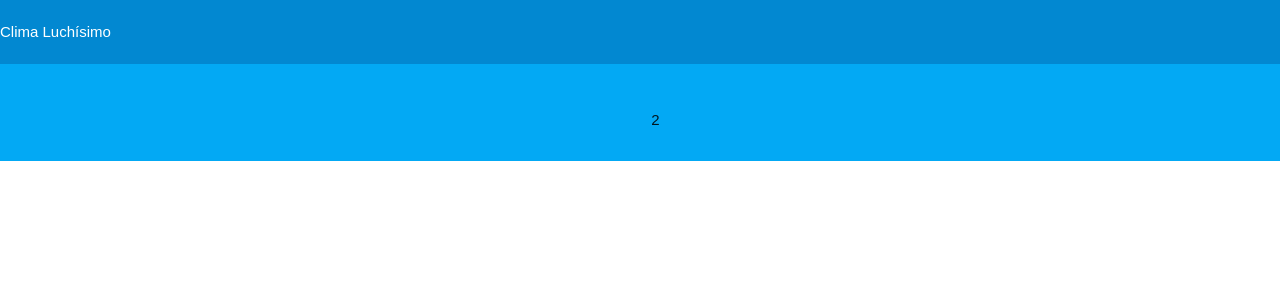
Repository: lmencos/clima
Page: /
An editor plug-in stored every save of this project. The page is shown before and after the next save, followed by the edit.
The browser window is 1280 px wide. The pictures show the whole page.
The project was rebuilt for these pictures with package versions that can differ from the ones it lists, and the page was loaded fresh each time.

Above is the page before, as saved 2020-09-17 18:59:25.

After the next save:
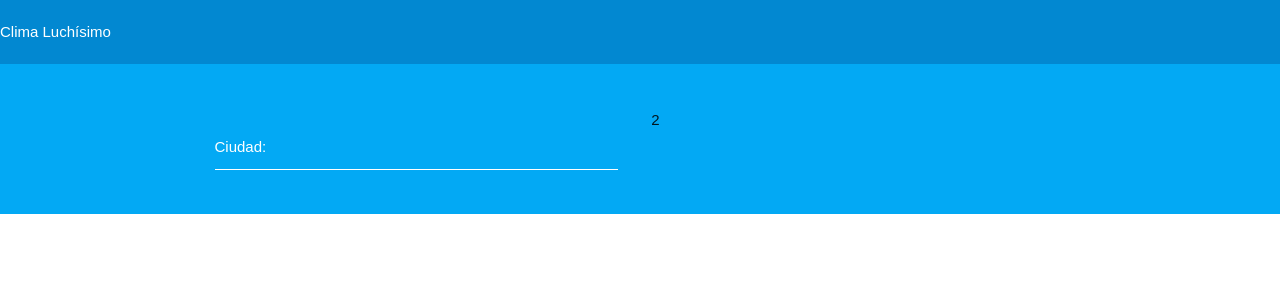
Saved 97 s later.
--- a/src/components/Formulario.js
+++ b/src/components/Formulario.js
@@ -4,7 +4,14 @@ const Formulario = () => {
   return (
     <form action="">
       <div className="input-field col s12" >
+        <input
+          type="text"
+          name="ciudad"
+          id="ciudad"
+          />
+          <label htmlFor="">
 
+          Ciudad:</label>
       </div>
     </form>
    );
